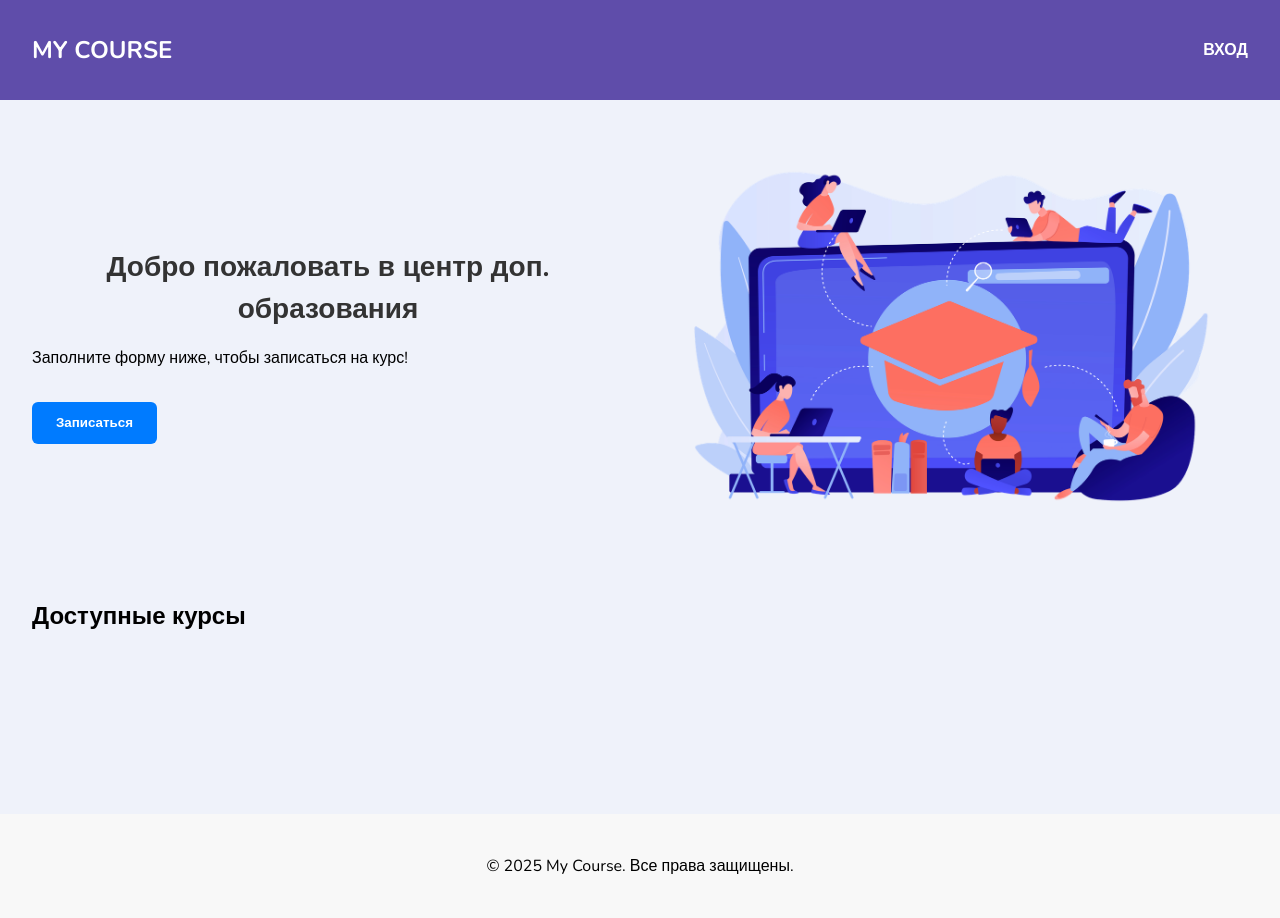
Repository: NikitaSevens/my-course
Page: /
The author's editor kept a copy of each file at every save. The page is drawn from the files as they stood at one save, then again after a run of saves.
The browser window is 1280 px wide. The pictures show the whole page.
The project was rebuilt for these pictures with package versions that can differ from the ones it lists, and the page was loaded fresh each time. Also part of the build but not shown: vite.config.ts, src/components/CourseCard/CourseCard.module.css, src/components/CourseCard/CourseCard.tsx, src/components/EnrollPopup/EnrollPopup.tsx, src/components/Header/ProtectedRoute.tsx, src/Pages/Dashboard/Dashboard.tsx, src/components/CreateCourse/CreateCourse.module.css, src/components/CreateCourse/CreateCourse.tsx and 7 more.

Above is the page before, as saved 2025-04-28 19:41:25.

After the next 2 saves:
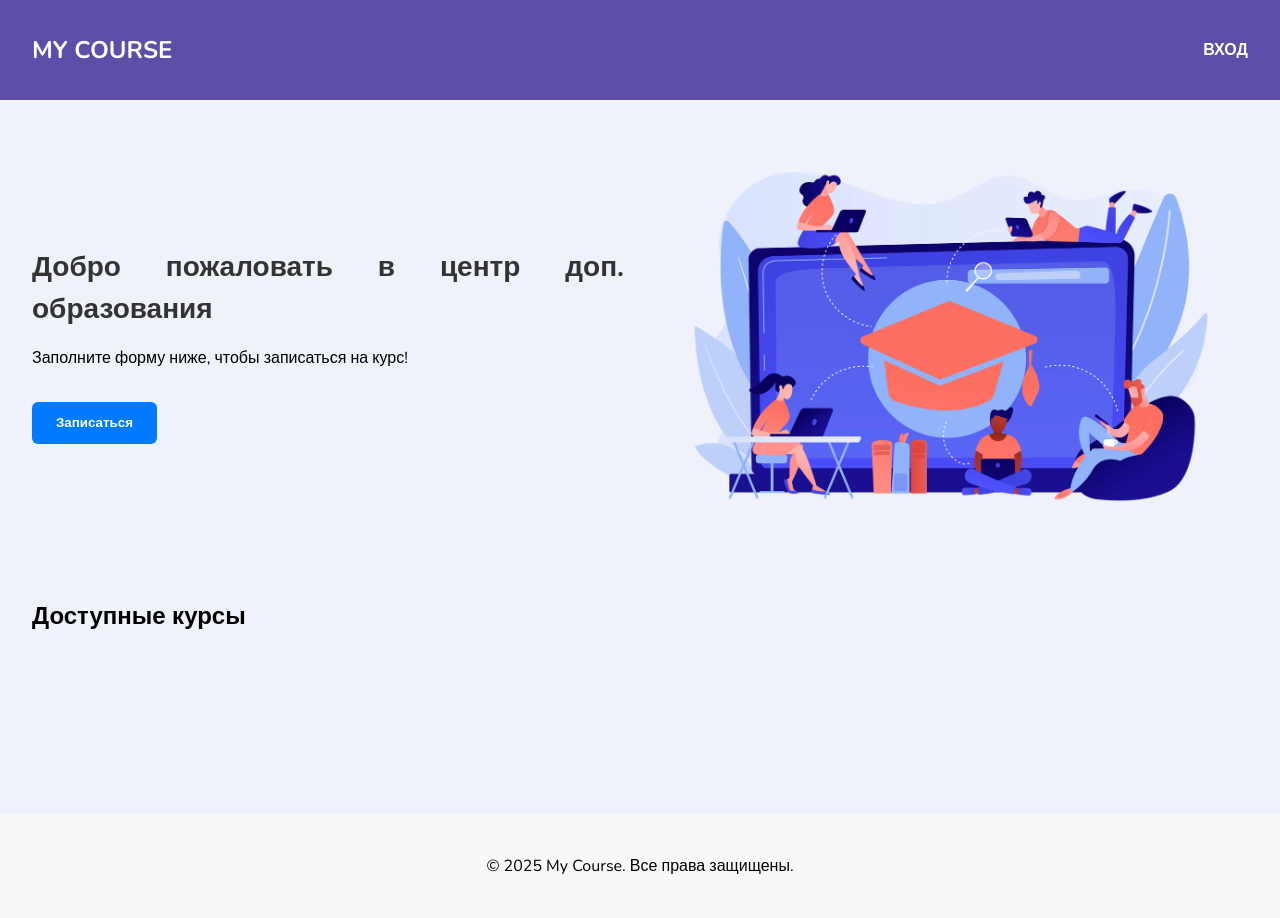
The 2 saves are shown as one change because they came seconds apart.
The last was saved 13 s later.
--- a/src/Pages/Home/Home.module.css
+++ b/src/Pages/Home/Home.module.css
@@ -19,7 +19,7 @@
 .heroText h2 {
   font-size: 28px;
   margin-bottom: 8px;
-
+  text-align: justify;
 }
 
 .cta {

After the save that followed:
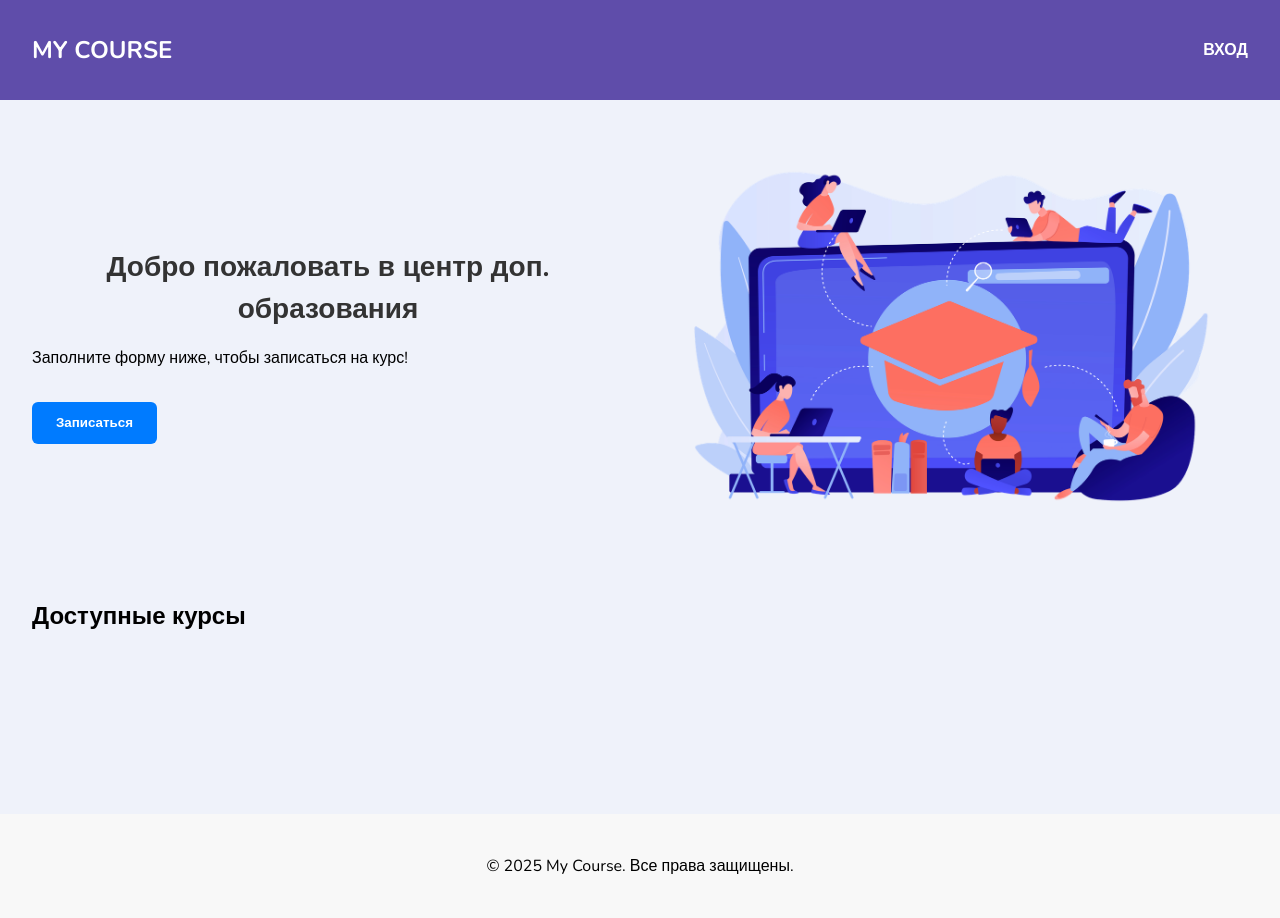
Saved 70 s later.
--- a/src/Pages/Home/Home.module.css
+++ b/src/Pages/Home/Home.module.css
@@ -19,7 +19,7 @@
 .heroText h2 {
   font-size: 28px;
   margin-bottom: 8px;
-  text-align: justify;
+  text-align: none;
 }
 
 .cta {
